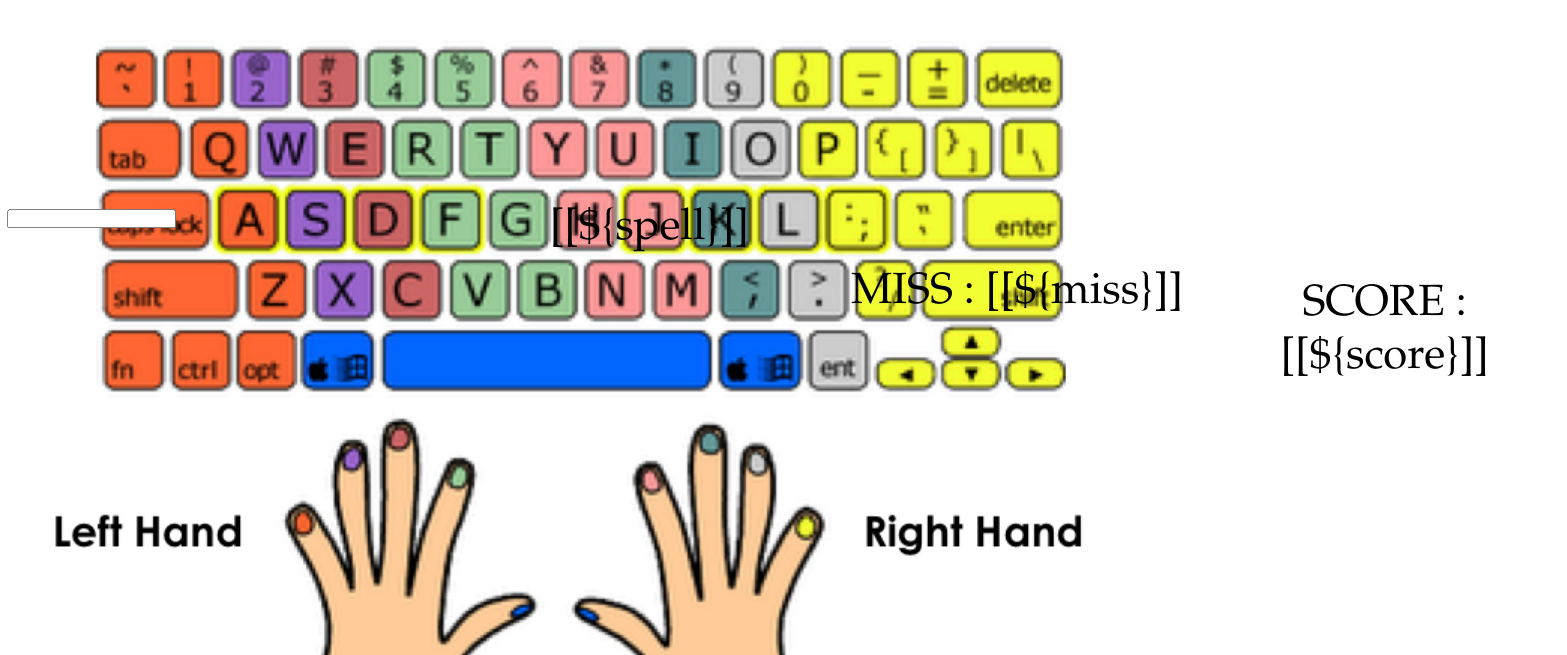
Repository: thaddeas01/typingskill
Page: src/main/resources/templates/single.html
The author's editor kept a copy of each file at every save. The page is drawn from the files as they stood at one save, then again after the next save.
The browser window is 1280 px wide. The page is 1722 px wide, then 1342 px, so the pictures cover 1722 px, including what lies to the right of the window. The pictures show the whole page, at 91% of full size.

Above is the page before, as saved 2023-01-14 00:34:58.
Console error: SyntaxError: Unexpected token '{'

After the next save:
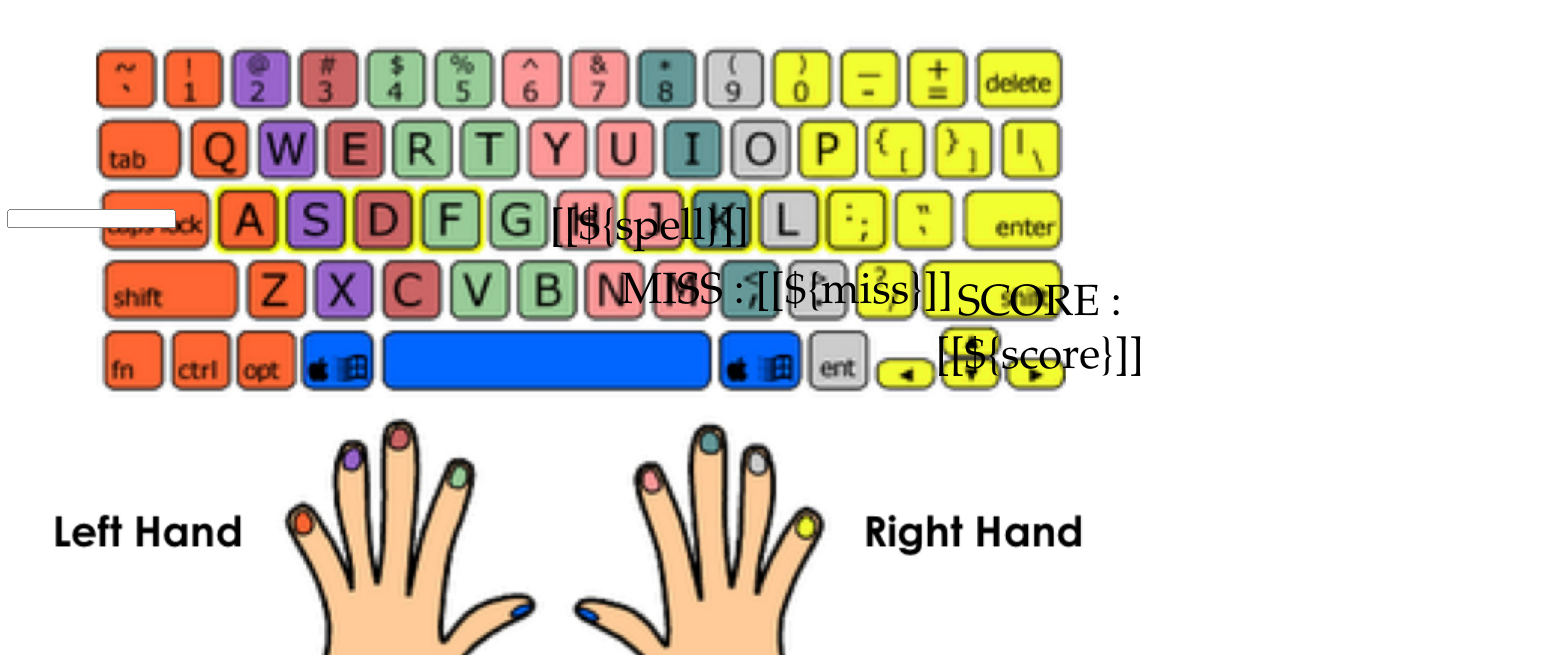
Saved 47 s later.
--- a/src/main/resources/templates/single.html
+++ b/src/main/resources/templates/single.html
@@ -40,7 +40,7 @@
       position: relative;
       text-align: center;
       top: 30%;
-      left: 40%;
+      left: 20%;
       display: inline-block;
       margin-top: 1rem;
     }
@@ -52,7 +52,7 @@
       position: relative;
       text-align: center;
       top: 40%;
-      left: 40%;
+      left: 10%;
       display: inline-block;
       margin-top: 1rem;
     }
